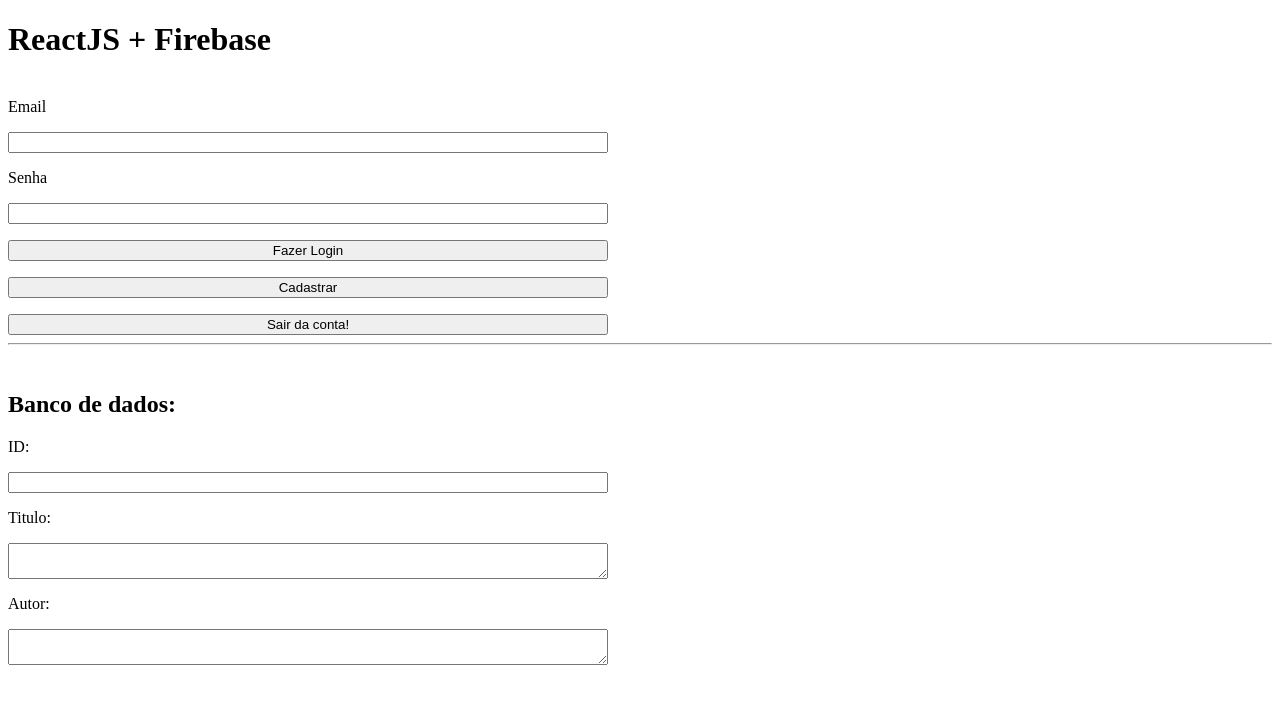
Repository: joaoaspimienta/Estudos-de-firebase
Page: /
The author's editor kept a copy of each file at every save. The page is drawn from the files as they stood at one save, then again after the next save.
The browser window is 1280 px wide. The pictures show the whole page.
The project was rebuilt for these pictures with package versions that can differ from the ones it lists, and the page was loaded fresh each time.

Above is the page before, as saved 2022-06-15 09:15:16.

### src/App.js
import { useEffect, useState } from "react";
import firebase from "./firebaseConnection";
import "./style.css";

function App() {
  const [idPost, setIdPost] = useState("");
  const [titulo, setTitulo] = useState("");
  const [autor, setAutor] = useState("");
  const [email, setEmail] = useState("");
  const [senha, setSenha] = useState("");
  const [posts, setPosts] = useState([]);
  const [user, setUser] = useState("");
  const [userLogged, setUserLogged] = useState("");

  useEffect(() => {
    async function loadPosts() {
      await firebase
        .firestore()
        .collection("posts")
        .onSnapshot((doc) => {
          let meusPosts = [];

          doc.forEach((item) => {
            meusPosts.push({
              id: item.id,
              titulo: item.data().titulo,
              autor: item.data().autor,
            });
          });
          setPosts(meusPosts);
        });
    }
    loadPosts();
  }, []);

  useEffect(() => {
    async function checkLogin() {
      await firebase.auth().onAuthStateChanged((user) => {
        if (user) {
          setUser(true);
          setUserLogged({
            uid: user.uid,
            email: user.email,
          });
        } else {
          setUser(false);
          setUserLogged({});
        }
      });
    }

    checkLogin();
  }, []);

  async function handleAdd() {
    await firebase
      .firestore()
      .collection("posts")
      .add({
        titulo: titulo,
        autor: autor,
      })
      .then(() => {
        alert("Dados cadastrados com sucesso!");
        setTitulo("");
        setAutor("");
      })
      .catch((error) => {
        alert("GEROU ALGUM ERRO: " + error);
      });
  }
  /*  async function handleAdd(){
    await firebase.firestore().collection('posts')
    .doc('12345')
    .set({
      titulo: titulo,
      autor: autor,
    })
    .then(()=>{
      alert('Dados cadastrados com sucesso!')
    })
    .catch((error)=>{
      alert('GEROU ALGUM ERRO: ' + error)
    })
  } */

  async function buscaPost() {
    await firebase
      .firestore()
      .collection("posts")
      .get()
      .then((snapshot) => {
        let lista = [];

        snapshot.forEach((doc) => {
          lista.push({
            id: doc.id,
            titulo: doc.data().titulo,
            autor: doc.data().autor,
          });
        });
        setPosts(lista);
      })
      .catch();

    /*     await firebase.firestore().collection('posts')
    .doc('tuTKEq4Gtc2iEI9BXEGe')
    .get()
    .then((snapshot)=>{
      setTitulo(snapshot.data().titulo)
      setAutor(snapshot.data().autor)
    })
    .catch(()=>{
      console.log('Deu algum erro')
    }) */
  }

  async function editarPost() {
    await firebase
      .firestore()
      .collection("posts")
      .doc(idPost)
      .update({
        titulo: titulo,
        autor: autor,
      })
      .then(() => {
        console.log("dados editados com sucesso");
        setIdPost("");
        setTitulo("");
        setAutor("");
      })
      .catch(() => {
        console.log("deu merda");
      });
  }

  async function excluirPost(id) {
    await firebase
      .firestore()
      .collection("posts")
      .doc(id)
      .delete()
      .then(() => {
        console.log("este post foi excluido");
      });
  }

  async function novoUsuario() {
    await firebase
      .auth()
      .createUserWithEmailAndPassword(email, senha)
      .then((value) => {
        console.log(value);
      })
      .catch((error) => {
        if (error.code === "auth/weak-password") {
          alert("senha muito fraca");
        } else if (error.code === "auth/email-already-in-use") {
          alert("Esse email ja existe!");
        }
      });
  }

  async function logout() {
    await firebase.auth().signOut();
  }

  async function fazerLogin() {
    await firebase
      .auth()
      .signInWithEmailAndPassword(email, senha)
      .then((value) => {
        console.log(value);
      })
      .catch((error) => {
        console.log("Erro ao fazer o login" + error);
      });
  }

  return (
    <div>
      <h1>ReactJS + Firebase</h1>
      {user && (
        <div>
          <strong>Seja bem vindo! (Você está logado!)</strong> <br />
          <span>
            {userLogged.uid} - {userLogged.email}
          </span>{" "}
          <br /> <br />
        </div>
      )}
      <br />
      <div className="container">
        <label>Email</label>
        <input
          type="text"
          value={email}
          onChange={(e) => setEmail(e.target.value)}
        />
        <label>Senha</label>
        <input
          type="password"
          value={senha}
          onChange={(e) => setSenha(e.target.value)}
        />
        <button onClick={fazerLogin}>Fazer Login</button>
        <button onClick={novoUsuario}>Cadastrar</button>
        <button onClick={logout}>Sair da conta!</button>
      </div>
      <hr /> <br />
      <h2>Banco de dados:</h2>
      <div className="container">
        <label>ID:</label>
        <input
          type="text"
          value={idPost}
          onChange={(e) => setIdPost(e.target.value)}
        />
        <label>Titulo: </label>
        <textarea
          type="text"
          value={titulo}
          onChange={(e) => setTitulo(e.target.value)}
        />
        <label>Autor: </label>
        <textarea
          type="text"
          value={autor}
          onChange={(e) => setAutor(e.target.value)}
        />
      </div>
    </div>
  );
}

export default App;

### src/firebaseConnection.js
import firebase from "firebase/app";
import "firebase/firestore";
import "firebase/auth";

let firebaseConfig = {
  apiKey: "AIzaSyBM8zXTuMB9OuHMgazGoDHqoWQcRxFFhw8",
  authDomain: "react-zero-ao-avancado.firebaseapp.com",
  projectId: "react-zero-ao-avancado",
  storageBucket: "react-zero-ao-avancado.appspot.com",
  messagingSenderId: "829524555310",
  appId: "1:829524555310:web:21abf5fa7f77d62df511bf",
  measurementId: "G-5HZY1965W8",
};

if (!firebase.apps.length) {
  firebase.initializeApp(firebaseConfig);
}

export default firebase;

### src/style.css
.container{
  width: 600px;
  display: flex;
  flex-direction: column;
  gap: 1rem;
}

Loaded but not shown: public/index.html (common file); src/index.js (common file)

After the next save:
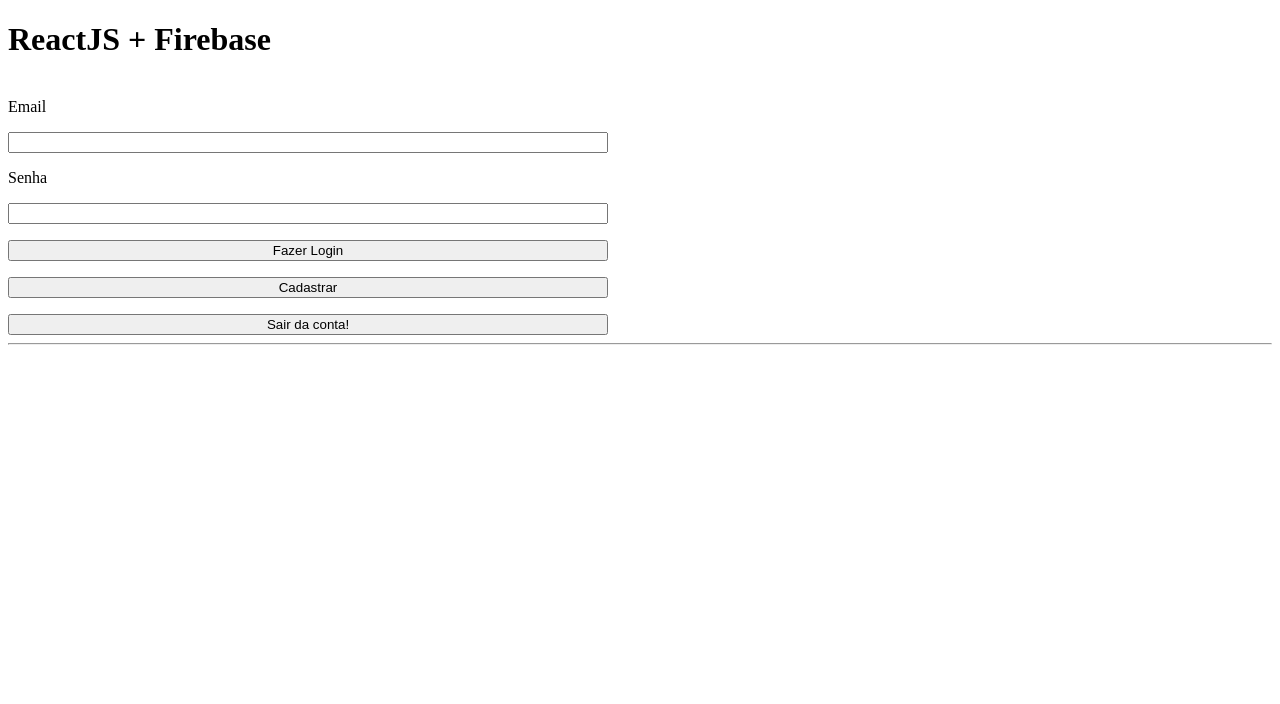
Saved 28 s later.
--- a/src/App.js
+++ b/src/App.js
@@ -209,27 +209,6 @@
         <button onClick={logout}>Sair da conta!</button>
       </div>
       <hr /> <br />
-      <h2>Banco de dados:</h2>
-      <div className="container">
-        <label>ID:</label>
-        <input
-          type="text"
-          value={idPost}
-          onChange={(e) => setIdPost(e.target.value)}
-        />
-        <label>Titulo: </label>
-        <textarea
-          type="text"
-          value={titulo}
-          onChange={(e) => setTitulo(e.target.value)}
-        />
-        <label>Autor: </label>
-        <textarea
-          type="text"
-          value={autor}
-          onChange={(e) => setAutor(e.target.value)}
-        />
-      </div>
     </div>
   );
 }
